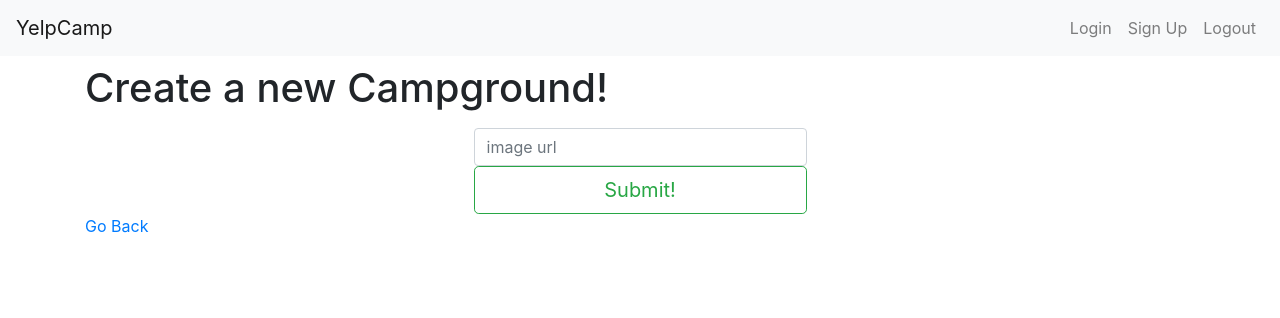
Repository: bosicheng/yelpcamp-project
Page: http://localhost/campgrounds/new
The author's editor kept a record of every edit. The page is drawn from the files as they stood at one moment, then again after the next edit.
The browser window is 1280 px wide. The pictures show the whole page.
Some web libraries are served in a nearby version. The page is served by the project's Node server (YelpCamp/v1/app.js).

Above is the page before.
Console error (its wording comes from the project's code and is left out).

### YelpCamp/v1/views/new.ejs
<% include partials/header %>

<div class='container'>
    <h1>Create a new Campground!</h1>
    <div style="width:30%;margin:0 auto">
        <div class="form-group">

        </div>
        <div class="form-group">

        </div>
        <div class="form-group">

        </div>
        <form action='/campgrounds' method='POST'>
        <!--这里的name会变成req.body下的属性-->
        <input class='form-control' tytpe='text' name='image' placeholder='image url'>
        <button class="btn btn-lg btn-outline-success btn-block">Submit!</button>
    </form>
    </div>
    <a href='/campgrounds'>Go Back</a>
</div>

<% include partials/footer %>

### YelpCamp/v1/views/partials/header.ejs
<!DOCTYPE html>
<html>
    <head>
        <title>YelpCamp</title>
        <link rel="stylesheet" href="https://stackpath.bootstrapcdn.com/bootstrap/4.1.3/css/bootstrap.min.css">
        <script src="https://code.jquery.com/jquery-3.2.1.slim.min.js" integrity="sha384-KJ3o2DKtIkvYIK3UENzmM7KCkRr/rE9/Qpg6aAZGJwFDMVNA/GpGFF93hXpG5KkN" crossorigin="anonymous"></script>
        <script src="https://maxcdn.bootstrapcdn.com/bootstrap/4.0.0-beta/js/bootstrap.min.js" integrity="sha384-h0AbiXch4ZDo7tp9hKZ4TsHbi047NrKGLO3SEJAg45jXxnGIfYzk4Si90RDIqNm1" crossorigin="anonymous"></script>
        <script src="https://cdnjs.cloudflare.com/ajax/libs/popper.js/1.11.0/umd/popper.min.js" integrity="sha384-b/U6ypiBEHpOf/4+1nzFpr53nxSS+GLCkfwBdFNTxtclqqenISfwAzpKaMNFNmj4" crossorigin="anonymous"></script>
    </head>
    <body>
        <nav class="navbar navbar-expand-lg navbar-light bg-light mb-2">
          <a class="navbar-brand" href="/">YelpCamp</a>
          <button class="navbar-toggler" type="button" data-toggle="collapse" data-target="#navbarTogglerDemo01" aria-controls="navbarTogglerDemo01" aria-expanded="false" aria-label="Toggle navigation">
            <span class="navbar-toggler-icon"></span>
          </button>
          <div class="collapse navbar-collapse" id="navbarTogglerDemo01">
            <ul class="navbar-nav ml-auto mt-2 mt-lg-0">
              <li class="nav-item">
                <a class="nav-link" href="#">Login</a>
              </li>
              <li class="nav-item">
                <a class="nav-link" href="#">Sign Up</a>
              </li>
              <li class="nav-item">
                <a class="nav-link" href="#">Logout</a>
              </li>
            </ul>
          </div>
        </nav>

### YelpCamp/v1/app.js
var express=require('express');
var app=express();
var bodyParser=require('body-parser')

app.set('view engine','ejs')
app.use(bodyParser.urlencoded({extended:true}));

app.get('/',function(req,res){
    res.render("landing");
})

var campgrounds=[
        {name:'aaa',image:'https://farm4.staticflickr.com/3241/2984981452_e9008b9280.jpg'},
        {name:'bbb',image:'https://farm7.staticflickr.com/6089/6094103869_d53a990c83.jpg'},
        {name:'ccc',image:'https://farm8.staticflickr.com/7284/8744029089_2d4a4d0fd7.jpg'},
        {name:'aaa',image:'https://farm4.staticflickr.com/3241/2984981452_e9008b9280.jpg'},
        {name:'bbb',image:'https://farm7.staticflickr.com/6089/6094103869_d53a990c83.jpg'},
        {name:'ccc',image:'https://farm8.staticflickr.com/7284/8744029089_2d4a4d0fd7.jpg'},
        {name:'aaa',image:'https://farm4.staticflickr.com/3241/2984981452_e9008b9280.jpg'},
        {name:'bbb',image:'https://farm7.staticflickr.com/6089/6094103869_d53a990c83.jpg'},
        {name:'ccc',image:'https://farm8.staticflickr.com/7284/8744029089_2d4a4d0fd7.jpg'},
    ];

app.get('/campgrounds',function(req,res){
    res.render("campgrounds",{campgrounds:campgrounds})
})

app.get('/campgrounds/new',function(req,res){
    res.render('new')
})

// 这里虽然get和post的url是同一个，但是他们是不同的用法所以是不同的route不会相互影响
//如果对get的/campgrounds页面进行修改，post请求去修改campgrounds也应该同样的url，这是convention
app.post("/campgrounds",function(req,res){
    //get data from form and add to campground
    var name=req.body.name;
    var image=req.body.image;
    campgrounds.push({name:name,image:image});
    //redirect to campground page
    res.redirect('/campgrounds')
})

app.listen(process.env.PORT,process.env.IP,function(){
    console.log("Yelpcamp has started!")
})

Loaded but not shown: YelpCamp/v1/views/partials/footer.ejs (common file)

After the next edit:
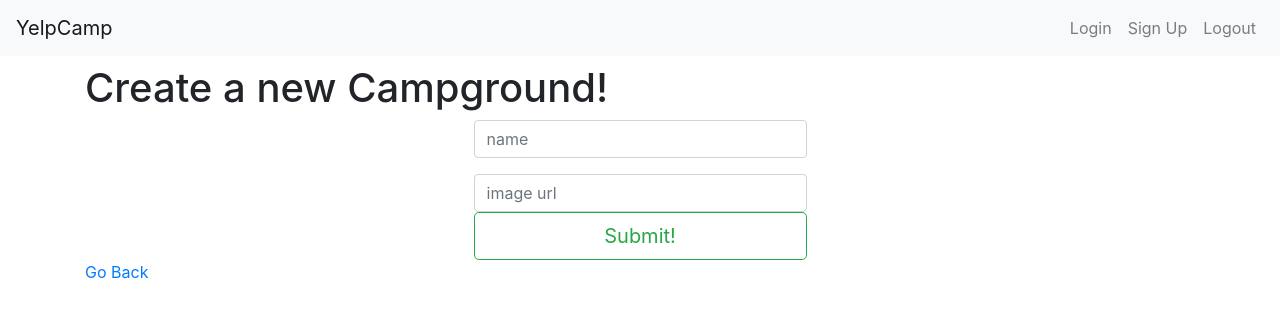
The edit:
--- a/YelpCamp/v1/views/new.ejs
+++ b/YelpCamp/v1/views/new.ejs
@@ -4,7 +4,7 @@
     <h1>Create a new Campground!</h1>
     <div style="width:30%;margin:0 auto">
         <div class="form-group">
-
+            <input class='form-control' type='text' name='name' placeholder='name'>
         </div>
         <div class="form-group">
 
